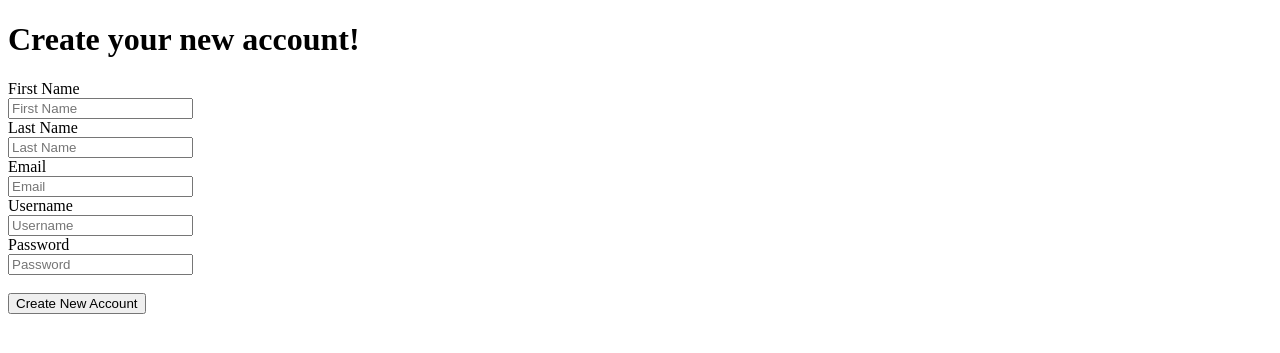
Repository: ir1998/cs201
Page: InvestCS/WebContent/signup.html
An editor plug-in stored every save of this project. The page is shown before and after the next save, followed by the edit.
The browser window is 1280 px wide. The pictures show the whole page.

Above is the page before, as saved 2017-03-30 23:27:58.

After the next save:
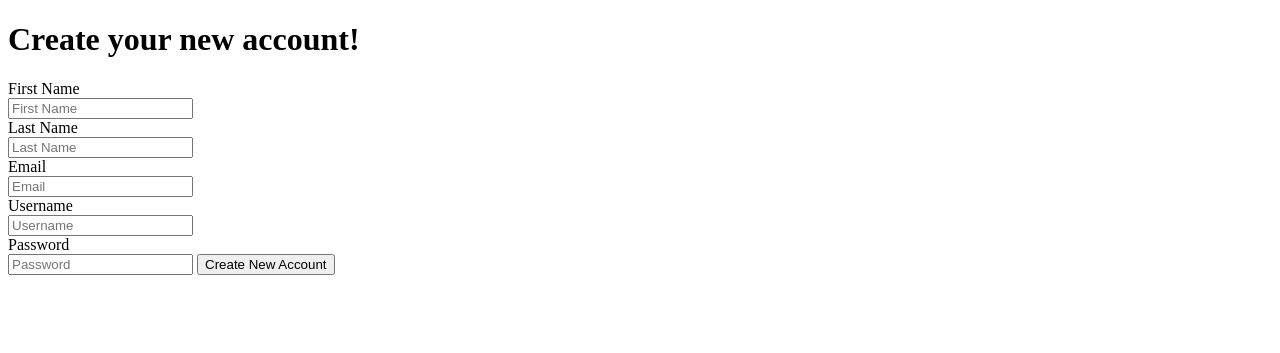
Saved 47 s later.
--- a/InvestCS/WebContent/signup.html
+++ b/InvestCS/WebContent/signup.html
@@ -42,9 +42,10 @@
 		<input type="text" id="username" placeholder="Username" /> <br>
 		<div>Password</div>
 		<input type="text" id="password" placeholder="Password" />
+		<button type="submit" id="createAccount">Create New Account</button>
 	</form>
 	<br>
-	<button type="button" id="createAccount">Create New Account</button>
+
 
 </body>
 </html>
